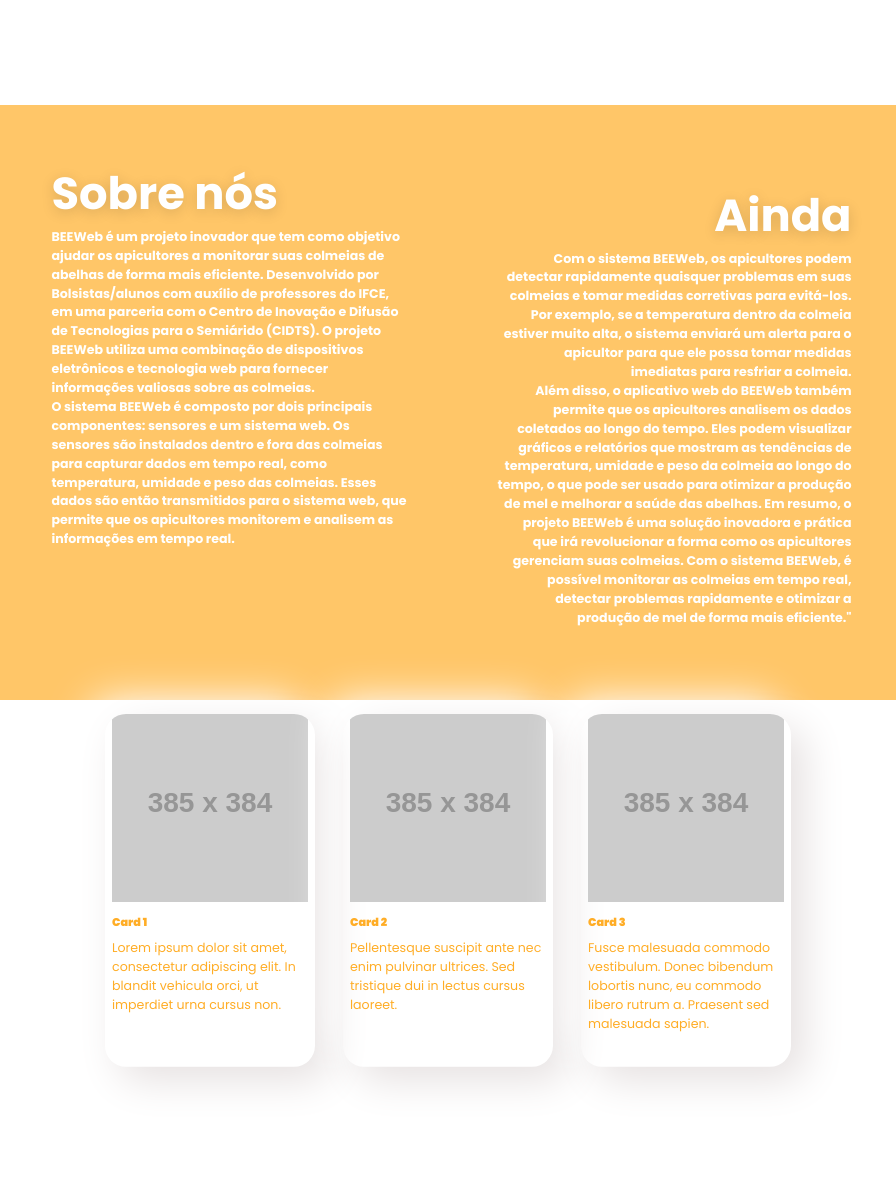
Repository: CCG-web/beeweb
Page: /
The author's editor kept a copy of each file at every save. The page is drawn from the files as they stood at one save, then again after the next save.
The browser window is 1280 px wide. The pictures show the part of the page from y = 810 to 2730 px (the page is 2530 px tall before and 2730 px after), at 70% of full size.
The project was rebuilt for these pictures with package versions that can differ from the ones it lists, and the page was loaded fresh each time.

Above is the page before, as saved 2023-05-05 11:36:52.

After the next save:
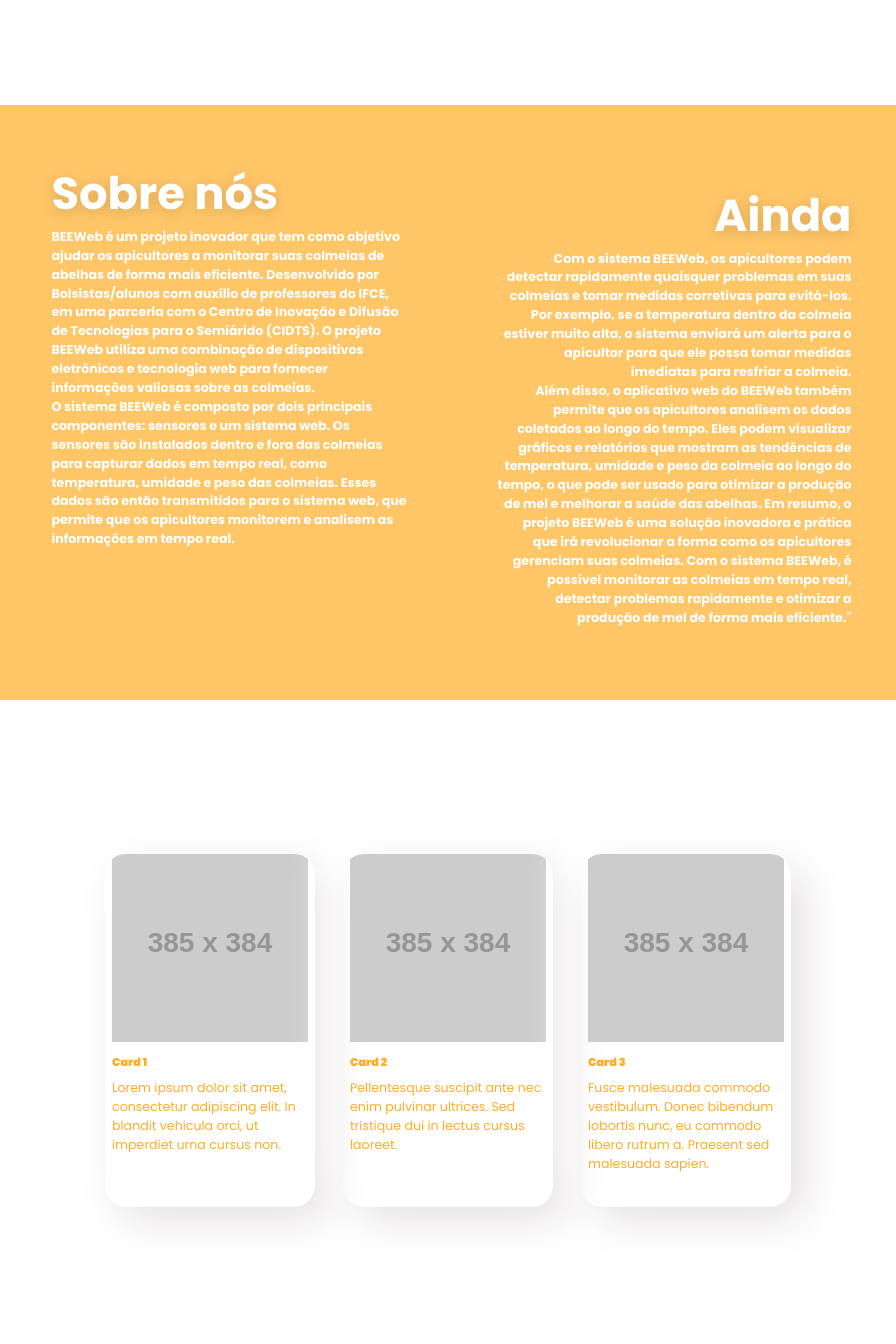
Saved 12 s later.
--- a/src/App.js
+++ b/src/App.js
@@ -2,7 +2,6 @@
 import Home from "./components/Home.jsx"
 import Sobre from "./components/Sobre";
 import Cards from "./components/Cards";
-import uso from "./assets/uso.svg"
 import './App.css'
 function App() {
   return (
@@ -11,8 +10,9 @@
     <Home/>
     <Sobre/>
 
+    <div className="uso">
 
-
+</div>
 
 
     <div className='cardContainer'>

After the save that followed:
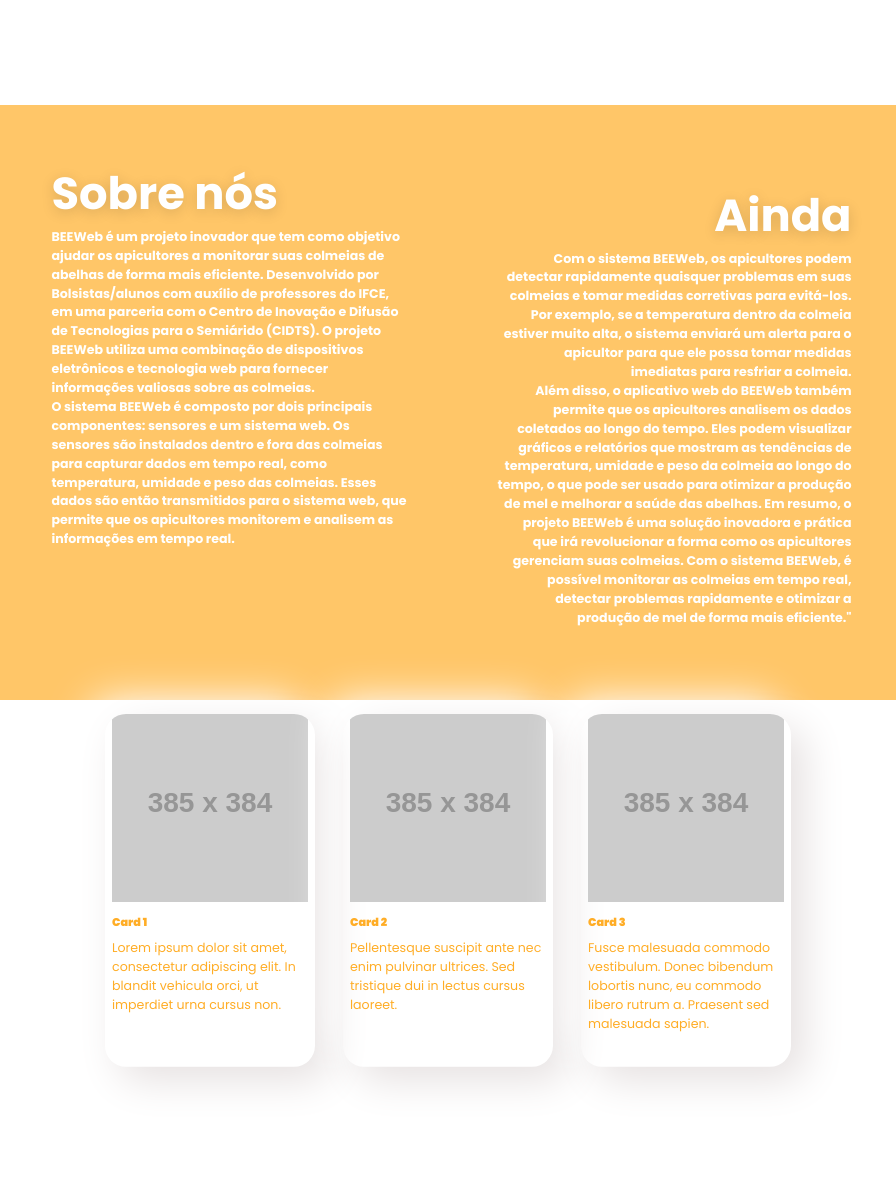
Saved 5 s later.
--- a/src/App.js
+++ b/src/App.js
@@ -10,9 +10,7 @@
     <Home/>
     <Sobre/>
 
-    <div className="uso">
 
-</div>
 
 
     <div className='cardContainer'>
